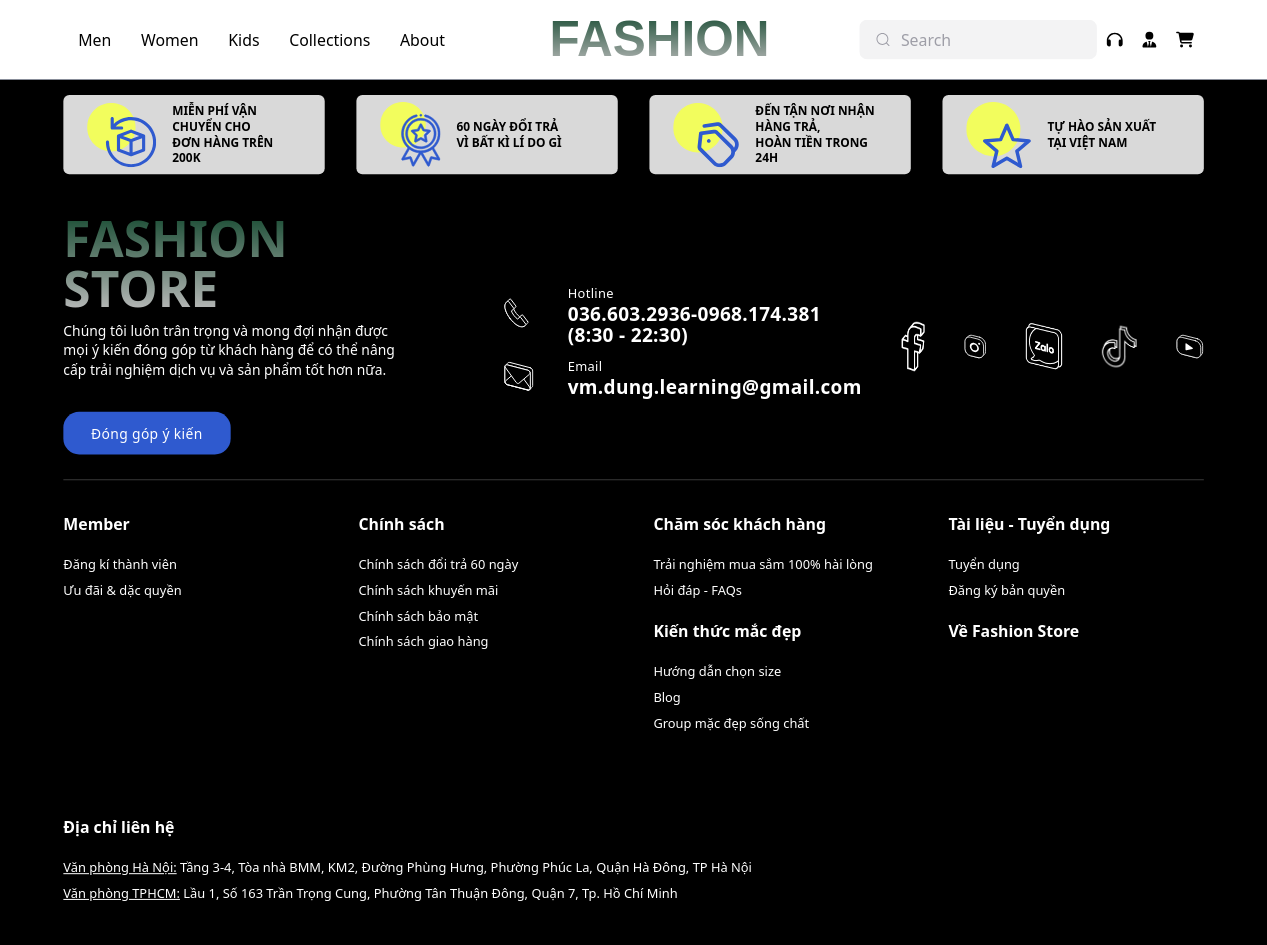
Repository: VuSnow/Software_Engineering
Page: /CartPayment
The author's editor kept a copy of each file at every save. The page is drawn from the files as they stood at one save, then again after the next save.
The browser window is 1280 px wide. The pictures show the whole page, at 99% of full size.
The project was rebuilt for these pictures with package versions that can differ from the ones it lists, and the page was loaded fresh each time. The framework's server and built-in components were replaced by stand-ins that run in the browser. Also part of the build but not shown: next.config.js, src/components/cart/CartItem/CartItem.tsx, src/components/cart/Cart.tsx, src/app/Login/page.tsx, src/app/register/page.tsx, src/app/forgorPassword/page.tsx.

Above is the page before, as saved 2023-06-26 16:26:23.

### src/app/layout.tsx
"use client";
import Header from "@/components/header/Header";
import "./globals.css";
import { Inter } from "next/font/google";
import Footer from "@/components/footer/Footer";

const inter = Inter({ subsets: ["latin"] });

export const metadata = {
  title: "Create Next App",
  description: "Generated by create next app",
};
export default function RootLayout({
  children,
}: {
  children: React.ReactNode;
}) {
  return (
    <html lang="en">
      <body>
        <Header />
        {children}
        <Footer />
      </body>
    </html>
  );
}

### src/app/CartPayment/page.tsx
import React from "react";

const CartPayment = () => {
  return <div>CartPayment</div>;
};

export default CartPayment;

### src/components/header/Header.tsx
import React, { useState, useEffect, useContext } from "react";
import { FontAwesomeIcon } from "@fortawesome/react-fontawesome";
import {
  faBars,
  faHeadphones,
  faUserTie,
  faCartShopping,
  faXmark,
  faPlus,
  faMinus,
} from "@fortawesome/free-solid-svg-icons";
import Cart from "../cart/Cart";
import Login from "@/app/Login/page";
import Register from "@/app/register/page";
import ForgotPassword from "@/app/forgorPassword/page";
const Header = () => {
  const [showLoginModal, setShowLoginModal] = useState<Boolean>(false);
  const [showRegisterModal, setShowRegisterModal] = useState<Boolean>(false);
  const [showForgotPassword, setShowForgotPassword] = useState<Boolean>(false);
  const [classNav, setClassNav] = useState<String>(
    "opacity-0 invisible -left-full"
  );
  const [showCart, setShowCart] = useState(false);
  const showNav = () => {
    setClassNav("opacity-1 visible left-0");
  };
  const closeNav = () => {
    setClassNav("opacity-0 invisible -left-full");
  };
  return (
    <>
      {showLoginModal ? (
        <Login
          setShowLoginModal={setShowLoginModal}
          setShowRegisterModal={setShowRegisterModal}
          setShowForgotPassword={setShowForgotPassword}
        />
      ) : null}
      {showRegisterModal ? (
        <Register
          setShowRegisterModal={setShowRegisterModal}
          setShowLoginModal={setShowLoginModal}
        />
      ) : null}
      {showForgotPassword ? (
        <ForgotPassword setShowForgotPassword={setShowForgotPassword} />
      ) : null}
      <header className="text-black mb-4 fixed block top-0 left-0 right-0 bg-white w-full border-b border-gray-500 z-[99] px-[5%]">
        <div className="flex tablet: justify-between h-20 items-center mr-auto ml-auto max-w-full">
          <nav className="main-menu">
            <div className="mobile-menu cursor-pointer max-tablet:block hidden">
              <FontAwesomeIcon icon={faBars} size="2xl" onClick={showNav} />
            </div>
            <ul className="menu max-tablet:hidden flex">
              <li className="p-[15px] cursor-pointer">Men</li>
              <li className="p-[15px] cursor-pointer">Women</li>
              <li className="p-[15px] cursor-pointer">Kids</li>
              <li className="p-[15px] cursor-pointer">Collections</li>
              <li className="p-[15px] cursor-pointer">About</li>
            </ul>
            <div
              className={`sub-mobile-menu fixed top-0 right-0 bottom-[45px] bg-white z-[1000] pt-16 pr-4 pb-0 pl-4 ${classNav} overflow-y-auto`}
            >
              <div className="box-action bg-[#343a40] flex items-center justify-center rounded-tl-xl h-12 rounded-br-xl mb-[30px]">
                <a
                  href="#"
                  className="action-login text-white text-center text-[18px]"
                >
                  Đăng nhập
                </a>
              </div>
              <ul className="menu-mb">
                <li className="mb-[30px] pr-2 flex justify-between">
                  <a href="#">Men </a>
                  <span className="arrow">
                    <FontAwesomeIcon icon={faPlus} />
                    <FontAwesomeIcon icon={faMinus} className="hidden" />
                  </span>
                </li>
                <li className="mb-[30px] pr-2 flex justify-between">
                  <a href="#">Women </a>
                  <span className="arrow">
                    <FontAwesomeIcon icon={faPlus} />
                    <FontAwesomeIcon icon={faMinus} className="hidden" />
                  </span>
                </li>
                <li className="mb-[30px] pr-2 flex justify-between">
                  <a href="#">Kids </a>
                  <span className="arrow">
                    <FontAwesomeIcon icon={faPlus} />
                    <FontAwesomeIcon icon={faMinus} className="hidden" />
                  </span>
                </li>
                <li className="mb-[30px] pr-2 flex justify-between">
                  <a href="#">Collections </a>
                  <span className="arrow">
                    <FontAwesomeIcon icon={faPlus} />
                    <FontAwesomeIcon icon={faMinus} className="hidden" />
                  </span>
                </li>
                <li className="mb-[30px] pr-2 flex justify-between">
                  <a href="#">About </a>
                  <span className="arrow">
                    <FontAwesomeIcon icon={faPlus} />
                    <FontAwesomeIcon icon={faMinus} className="hidden" />
                  </span>
                </li>
              </ul>
              <div className="close-menu absolute top-[25px] left-[25px] text-[24px] text-black">
                <FontAwesomeIcon icon={faXmark} onClick={closeNav} />
              </div>
            </div>
          </nav>
          <div className="logo-brand">
            <a
              href="/"
              className="font-bold font-kumbhsan"
              style={{
                fontSize: "50px",
                background: "linear-gradient(to bottom, #194c33, #bbb)",
                WebkitBackgroundClip: "text",
                WebkitTextFillColor: "transparent",
                textTransform: "uppercase",
              }}
            >
              Fashion
            </a>
          </div>
          <div className="right-header flex">
            <form
              action="search"
              name="form-search"
              className="flex leading-7 items-center relative max-w-[240px] max-mobile:hidden"
            >
              <svg
                className="icon absolute left-4 fill-[#9e9ea7] w-4 h-4"
                aria-hidden="true"
                viewBox="0 0 24 24"
              >
                <g>
                  <path d="M21.53 20.47l-3.66-3.66C19.195 15.24 20 13.214 20 11c0-4.97-4.03-9-9-9s-9 4.03-9 9 4.03 9 9 9c2.215 0 4.24-.804 5.808-2.13l3.66 3.66c.147.146.34.22.53.22s.385-.073.53-.22c.295-.293.295-.767.002-1.06zM3.5 11c0-4.135 3.365-7.5 7.5-7.5s7.5 3.365 7.5 7.5-3.365 7.5-7.5 7.5-7.5-3.365-7.5-7.5z"></path>
                </g>
              </svg>
              <input
                type="text"
                placeholder="Search"
                className=" w-full h-[40px] leading-7 p-0 pl-10 pr-4 border-2 border-solid border-transparent rounded-lg outline-none bg-[#f3f3f4] text-[#0d0c22] transition-all placeholder:text-[#9e9ea7] focus:outline-none focus:border-[rgba(234,76,137,0.4)] focus:bg-white focus:shadow-md"
              />
            </form>
            <div className="header-action flex">
              <div className="item wallet m-[10px] max-mobile:hidden cursor-pointer">
                <FontAwesomeIcon icon={faHeadphones} />
              </div>
              <div
                className="item person m-[10px] cursor-pointer"
                onClick={() => setShowLoginModal(!showLoginModal)}
              >
                <FontAwesomeIcon icon={faUserTie} />
              </div>
              <div
                className="item cart m-[10px] cursor-pointer"
                onClick={() => setShowCart(true)}
              >
                <FontAwesomeIcon icon={faCartShopping} />
              </div>
            </div>
          </div>
        </div>
      </header>
      {showCart && <Cart setShowCart={setShowCart} />}
    </>
  );
};

export default Header;

### src/app/globals.css
@tailwind base;
@tailwind components;
@tailwind utilities;

:root {
  --foreground-rgb: 0, 0, 0;
  --background-start-rgb: 214, 219, 220;
  --background-end-rgb: 255, 255, 255;
}

@media (prefers-color-scheme: dark) {
  :root {
    --foreground-rgb: 255, 255, 255;
    --background-start-rgb: 0, 0, 0;
    --background-end-rgb: 0, 0, 0;
  }
}
body {
  display: flex;
  flex-direction: column;
  justify-content: space-between;
}

### src/components/footer/Footer.tsx
import React from "react";
import logo from "./logo.png";
import Image from "next/image";
import Link from "next/link";
import dmca from "./dmca.png";
import congthuong from "./img-congthuong.png";
import hotlineIcon from "./icon-hotline.svg";
import emailIcon from "./icon-email.svg";
import facebookIcon from "./facebook.webp";
import zaloIcon from "./zalo.webp";
import instaIcon from "./icon-instar.svg";
import youtubeIcon from "./icon-youtube.svg";
import tiktokIcon from "./tiktok.webp";
import HomepageService from "../HomepageService/HomepageService";

const Footer = () => {
  return (
    <footer className="text-white flex justify-center items-center bg-black px-[5%] leading-[160%] mt-8">
      <div className="container-footer w-full">
        <HomepageService />
        <div className="footer-top text-sm">
          <div className="top-sidebar flex justify-between items-center gap-[8%] mb-8 w-full border-b border-[#d9d9d942] desktop:flex-col desktop:items-start">
            <div className="flex-[1]">
              <h4
                className=" font-semibold text-[22px] mb-2 text-[#fff] leading-[100%]"
                style={{
                  fontSize: "50px",
                  background: "linear-gradient(to bottom, #194c33, #bbb)",
                  WebkitBackgroundClip: "text",
                  WebkitTextFillColor: "transparent",
                  textTransform: "uppercase",
                }}
              >
                Fashion Store
              </h4>
              <p className="description font-normal text-left mb-8">
                Chúng tôi luôn trân trọng và mong đợi nhận được mọi ý kiến đóng
                góp từ khách hàng để có thể nâng cấp trải nghiệm dịch vụ và sản
                phẩm tốt hơn nữa.
              </p>
              <Link
                href="#"
                target="_blank"
                className="support-btn inline-flex justify-center items-center h-[43px] bg-[#2f5acf] rounded-2xl py-0 px-7 font-medium tracking-wide mb-[25px] border-0"
              >
                Đóng góp ý kiến
              </Link>
            </div>
            <div className=" flex justify-between w-full flex-[2] items-center max-tablet:flex-col max-tablet:items-start max-tablet:gap-6 max-tablet:mb-8 gap-10">
              <div className="flex-[1]">
                <div className="hotline flex gap-8 items-center w-fit font-medium text-[13px] leading-[160%] tracking-wide mb-3 justify-start">
                  <div className="icon h-8 w-8">
                    <Image src={hotlineIcon} alt="Hotline Icon" />
                  </div>
                  <div className="content">
                    <span>Hotline</span>
                    <p className="description block text-[1.2rem] font-semibold">
                      <Link href="tel: 0366032936">036.603.2936</Link>-
                      <Link href="tel: 0968174381">0968.174.381</Link>
                      <br />
                      <span>(8:30 - 22:30)</span>
                    </p>
                  </div>
                </div>
                <div className="email flex gap-8 items-center font-medium text-[13px] leading-[160%] tracking-wide mb-3 justify-start">
                  <div className="icon h-8 w-8">
                    <Image src={emailIcon} alt="Email Icon" />
                  </div>
                  <div className="content ">
                    <span>Email</span>
                    <p className=" text-[1.2rem] font-semibold">
                      <Link href="mailto: vm.dung.learning@gmail.com">
                        vm.dung.learning@gmail.com
                      </Link>
                    </p>
                  </div>
                </div>
              </div>
              <div className="social mt-0 h-[130px] flex justify-end items-center flex-[1] gap-10">
                <Link
                  href="https://www.facebook.com/dung.vuminh.315080/"
                  className="flex justify-center items-center"
                  target="_blank"
                >
                  <Image
                    src={facebookIcon}
                    alt=""
                    className=" max-h-[100px] w-full min-h-[50px]"
                  />
                </Link>
                <Link
                  href="https://www.instagram.com/v.m.dung.36/"
                  className="flex justify-center items-center"
                  target="_blank"
                >
                  <Image
                    src={instaIcon}
                    alt=""
                    className=" max-h-[100px] w-full min-h-[50px]"
                  />
                </Link>
                <Link
                  href="https://zalo.me/0366032936"
                  className="flex justify-center items-center"
                  target="_blank"
                >
                  <Image
                    src={zaloIcon}
                    alt=""
                    className=" max-h-[100px] w-full min-h-[50px]"
                  />
                </Link>
                <Link
                  href="https://www.instagram.com/v.m.dung.36/"
                  className="flex justify-center items-center"
                  target="_blank"
                >
                  <Image
                    src={tiktokIcon}
                    alt=""
                    className=" max-h-[100px] w-full min-h-[50px]"
                  />
                </Link>
                <Link
                  href="https://www.instagram.com/v.m.dung.36/"
                  className="flex justify-center items-center"
                  target="_blank"
                >
                  <Image
                    src={youtubeIcon}
                    alt=""
                    className=" max-h-[100px] w-full min-h-[50px]"
                  />
                </Link>
              </div>
            </div>
          </div>
          <div className="top-menu"></div>
        </div>
        <div className="footer-bottom">
          <div className="footer-menu flex justify-between flex-wrap gap-10">
            <div className="footer-item flex-[1] text-[13px] leading-[200%] text-[d9d9d9] min-w-[200px] mb-10">
              <h4 className="text-[#fff] font-semibold mb-4 mt-0 text-base">
                Member
              </h4>
              <ul>
                <li>Đăng kí thành viên</li>
                <li>Ưu đãi & dặc quyền</li>
              </ul>
            </div>
            <div className="footer-item flex-[1] text-[13px] leading-[200%] text-[d9d9d9] min-w-[200px] mb-10">
              <h4 className="text-[#fff] font-semibold mb-4 mt-0 text-base">
                Chính sách
              </h4>
              <ul>
                <li>Chính sách đổi trả 60 ngày</li>
                <li>Chính sách khuyến mãi</li>
                <li>Chính sách bảo mật</li>
                <li>Chính sách giao hàng</li>
              </ul>
            </div>
            <div className="footer-item flex-[1] text-[13px] leading-[200%] text-[d9d9d9] min-w-[200px] mb-10">
              <h4 className="text-[#fff] font-semibold mb-4 mt-0 text-base">
                Chăm sóc khách hàng
              </h4>
              <ul>
                <li>Trải nghiệm mua sắm 100% hài lòng</li>
                <li>Hỏi đáp - FAQs</li>
              </ul>
              <h4 className="text-[#fff] font-semibold mb-4 text-base mt-4">
                Kiến thức mắc đẹp
              </h4>
              <ul>
                <li>Hướng dẫn chọn size</li>
                <li>Blog</li>
                <li>Group mặc đẹp sống chất</li>
              </ul>
            </div>
            <div className="footer-item flex-[1] text-[13px] leading-[200%] text-[d9d9d9] min-w-[200px] mb-10">
              <h4 className="text-[#fff] font-semibold mb-4 mt-0 text-base">
                Tài liệu - Tuyển dụng
              </h4>
              <ul>
                <li>Tuyển dụng</li>
                <li>Đăng ký bản quyền</li>
              </ul>
              <h4 className="text-[#fff] font-semibold mb-4 text-base mt-4">
                Về Fashion Store
              </h4>
            </div>
            <div className="footer-item flex-[1] text-[13px] leading-[200%] text-[d9d9d9] min-w-[200px] mb-10">
              <h4 className="text-[#fff] font-semibold mb-4 mt-0 text-base">
                Địa chỉ liên hệ
              </h4>
              <p>
                <u>Văn phòng Hà Nội:</u> Tầng 3-4, Tòa nhà BMM, KM2, Đường Phùng
                Hưng, Phường Phúc La, Quận Hà Đông, TP Hà Nội
              </p>
              <p>
                <u>Văn phòng TPHCM:</u> Lầu 1, Số 163 Trần Trọng Cung, Phường
                Tân Thuận Đông, Quận 7, Tp. Hồ Chí Minh
              </p>
            </div>
          </div>
        </div>
      </div>
    </footer>
  );
};

export default Footer;

Loaded but not shown: tailwind.config.js (39 lines, source omitted); src/components/HomepageService/HomepageService.tsx (143 lines, source omitted)

After the next save:
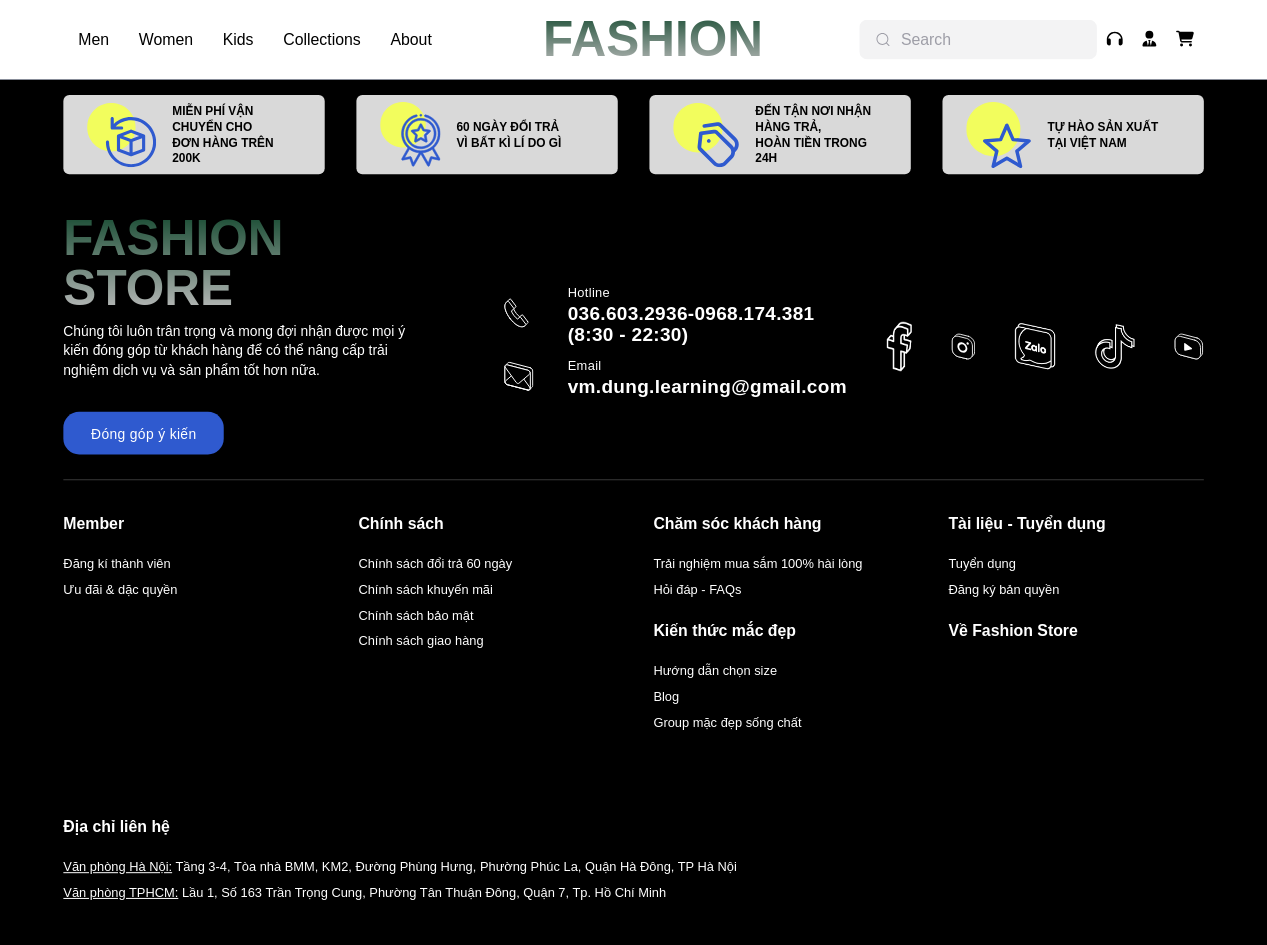
Saved 101 s later.
--- a/src/app/globals.css
+++ b/src/app/globals.css
@@ -19,4 +19,5 @@
   display: flex;
   flex-direction: column;
   justify-content: space-between;
+  font-family: "Belanosima", sans-serif;
 }
